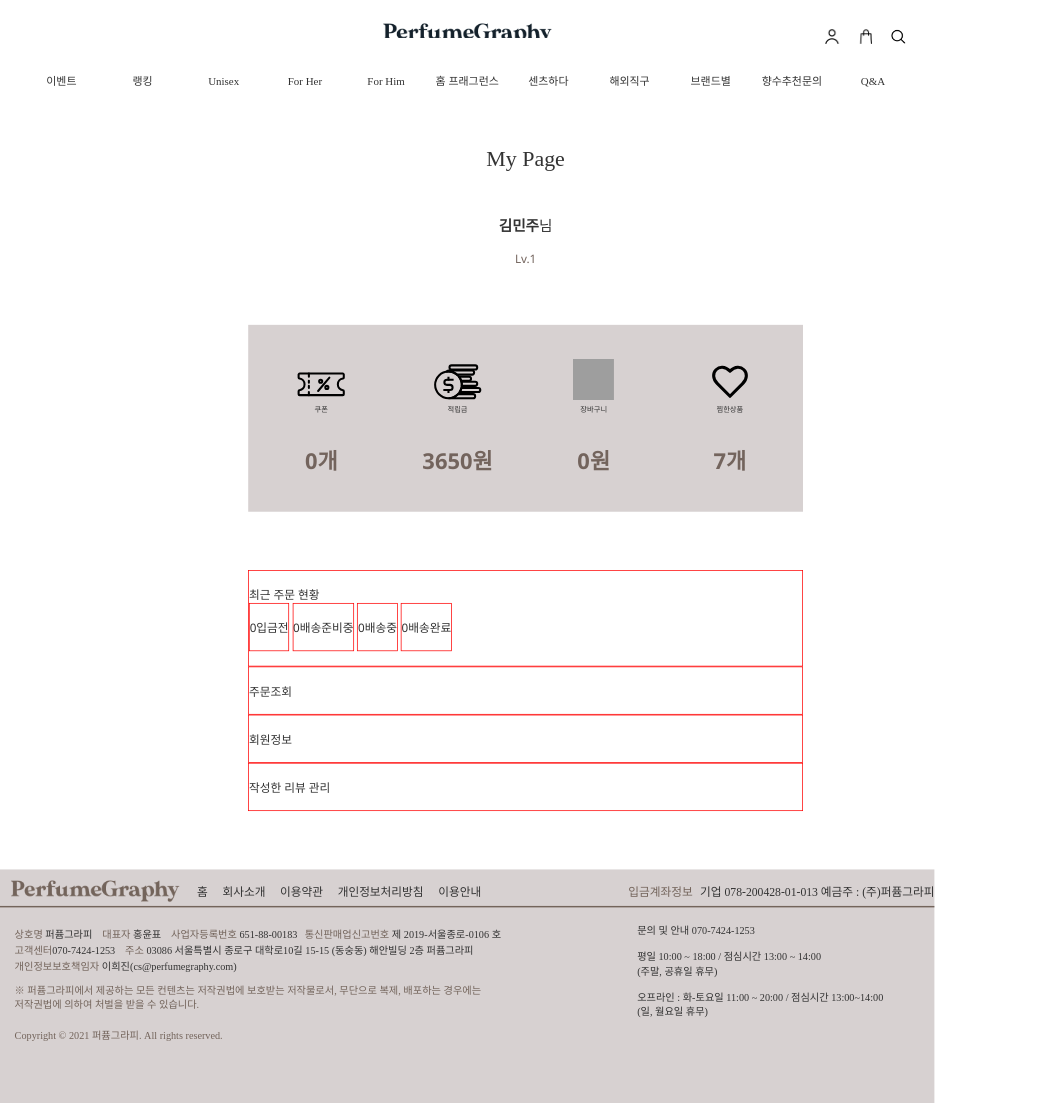
Repository: mingdue03/perfumegraphy
Page: myPage.html
The author's editor kept a copy of each file at every save. The page is drawn from the files as they stood at one save, then again after the next save.
The browser window is 1280 px wide. The page is 1440 px wide, so the pictures cover 1440 px, including what lies to the right of the window. The pictures show the whole page, at 73% of full size.
Pictures or frames that could not be fetched are drawn as grey boxes.

Above is the page before, as saved 2021-08-27 15:18:33.

After the next save:
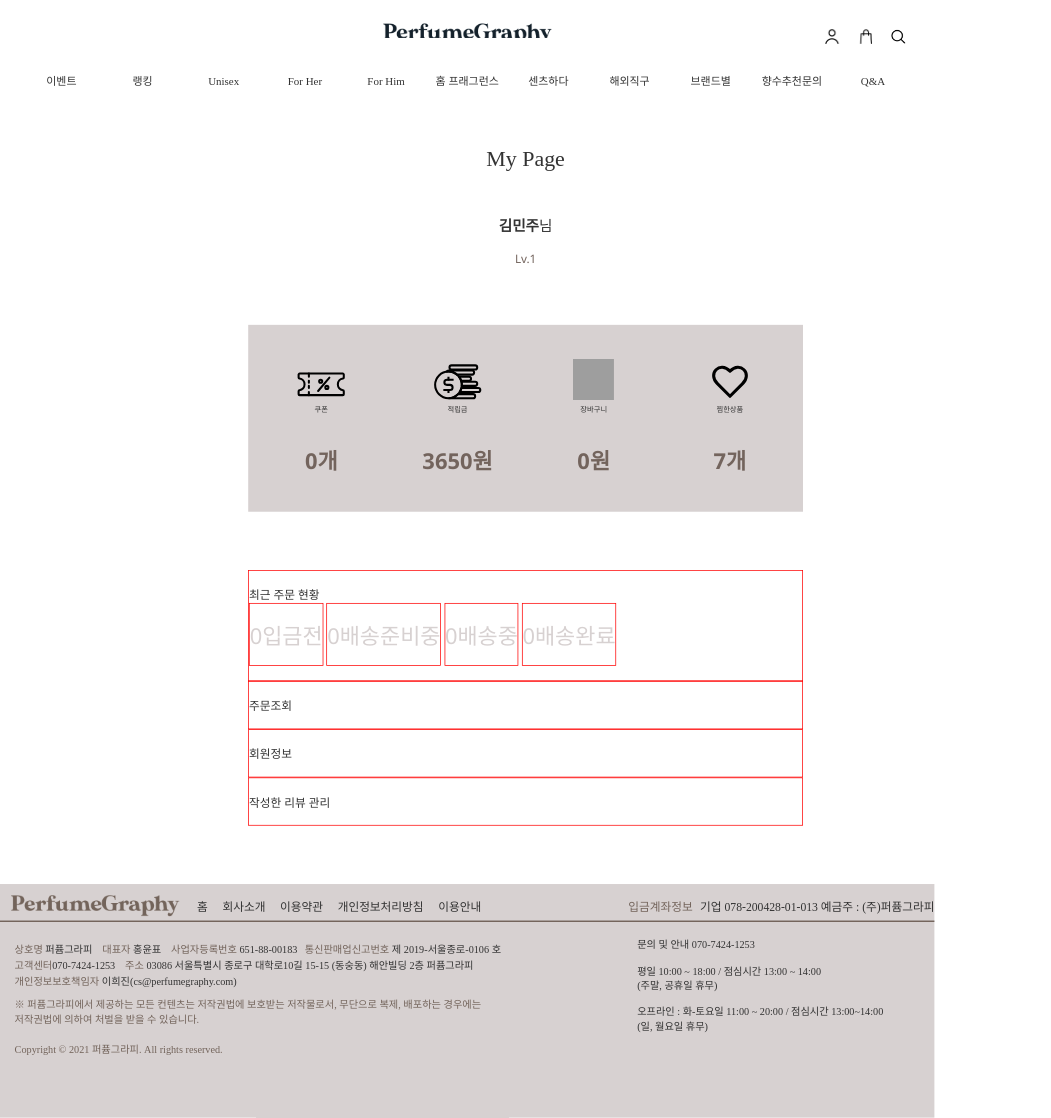
Saved 21 s later.
--- a/css/mypage.css
+++ b/css/mypage.css
@@ -107,7 +107,8 @@
   display: inline-block;
 }
 .oder_wrap .recent_detail a{
-  font-size
+  font-size: 30px;
+  color:#D7D1D1
 }
 .oder_wrap .recent_detail a span{
 
